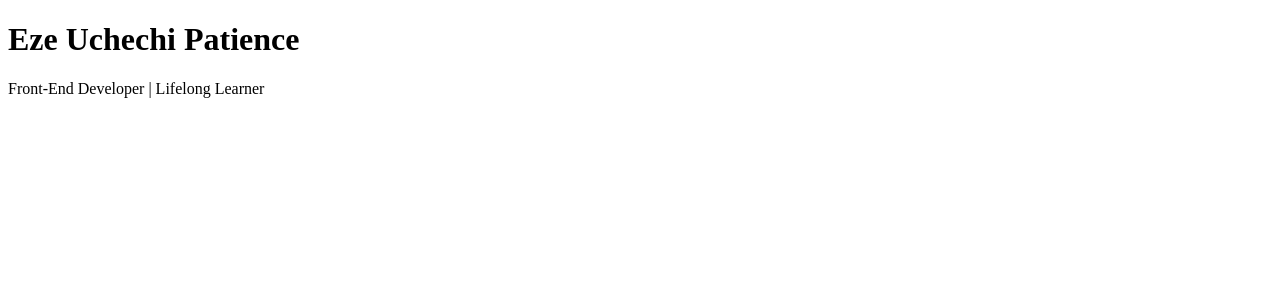
Repository: Patience225/My_First_Portfolio
Page: Portfolio/index.html
An editor plug-in stored every save of this project. The page is shown before and after the next save, followed by the edit.
The browser window is 1280 px wide. The pictures show the whole page.

Above is the page before, as saved 2024-12-16 13:04:49.

### Portfolio/index.html
<!DOCTYPE html>
<html lang="en">
<head>
    <meta charset="utf-8">
    <title>Eze Uchechi Patience - Personal Portfolio</title>
</head>
<body>
    <header>
      <header>
        <h1>Eze Uchechi Patience</h1>
        <p>Front-End Developer | Lifelong Learner</p>
    </header>

    </header>
    <nav>

    </nav>
    <section id="introduction"></section>
    <section id="projects"></section>
    <section id="about"></section>
    <section id="contact"></section>
    <footer>

    </footer>
</body>
</html>

After the next save:
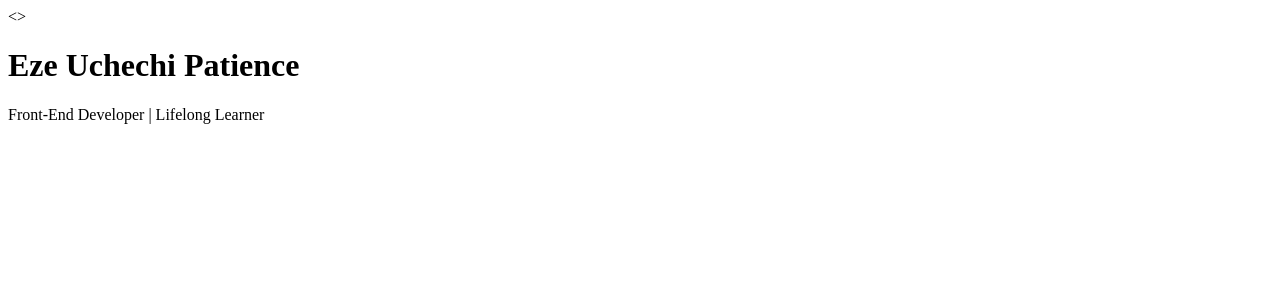
Saved 18 s later.
--- a/Portfolio/index.html
+++ b/Portfolio/index.html
@@ -6,10 +6,10 @@
 </head>
 <body>
     <header>
-      <header>
+      <>
         <h1>Eze Uchechi Patience</h1>
         <p>Front-End Developer | Lifelong Learner</p>
-    </header>
+
 
     </header>
     <nav>

After the 2 saves that followed:
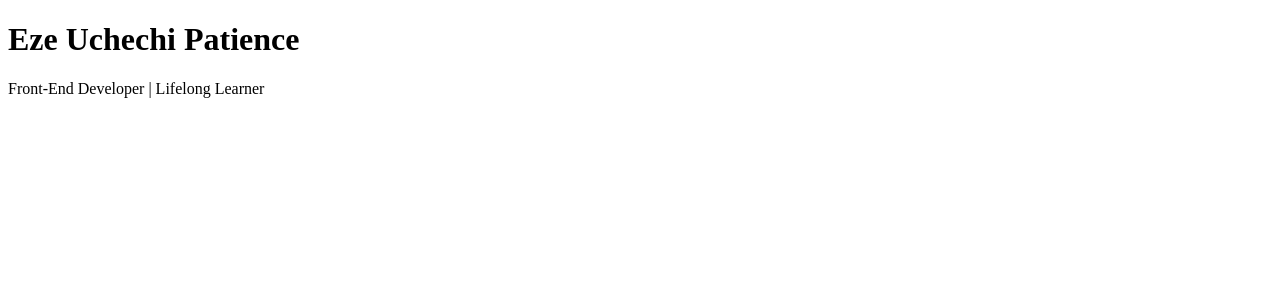
The 2 saves are shown as one change because they came seconds apart.
The last was saved 9 s later.
--- a/Portfolio/index.html
+++ b/Portfolio/index.html
@@ -6,11 +6,8 @@
 </head>
 <body>
     <header>
-      <>
         <h1>Eze Uchechi Patience</h1>
         <p>Front-End Developer | Lifelong Learner</p>
-
-
     </header>
     <nav>
 
